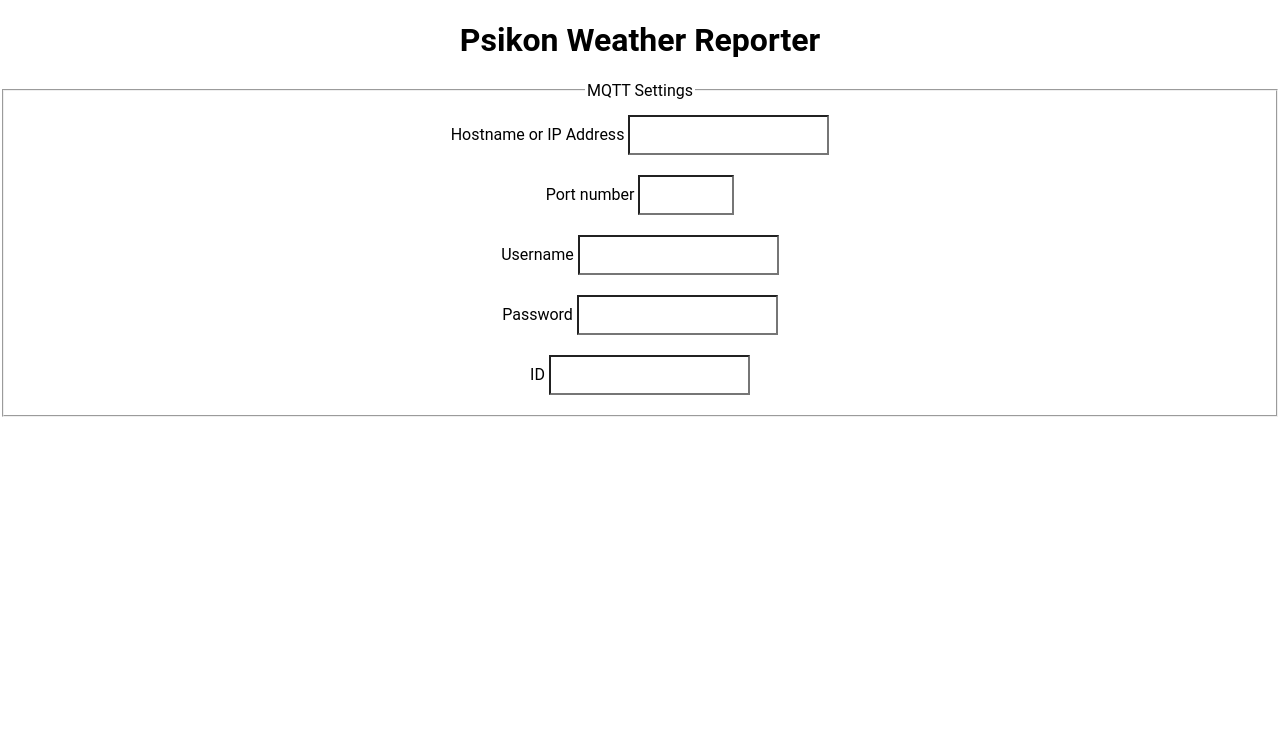
Repository: alex-dow/psikon-weather-station
Page: data/index.html
These files come from the project's save history. The page is drawn as it stood at one moment and after the next save; the edit follows.
The browser window is 1280 px wide. The pictures show the whole page.

Above is the page before, as saved 2021-12-09 22:30:35.

### data/index.html
<!DOCTYPE html>
<html>
<head>
  <meta charset='utf-8'>
  <meta http-equiv='X-UA-Compatible' content='IE=edge'>
  <title>Psikon Weather Reporter</title>
  <meta name='viewport' content='width=device-width, initial-scale=1'>
  <style>
    html,body {
      margin: 0;
      width: 100%;
      height: 100%;
      text-align: center;
      font-family: 'Roboto', sans-serif;
    }

    *, *:before, *:after {
      box-sizing: border-box;
    }

    input
    {
      padding: 10px;
      margin: 10px 0;
      border-radius: 0px;
      height: 40px;
    }
  </style>
</head>
<body>
  <h1>Psikon Weather Reporter</h1>
  <form>
    <fieldset>
      <legend>MQTT Settings</legend>

      <label for="mqtt_host">Hostname or IP Address</label>
      <input id="mqtt_host"/><br/>
      <label for="mqtt_port">Port number</label>
      <input id="mqtt_port" type="number" min="0" max="65536"/><br/>
      <label for="mqtt_username">Username</label>
      <input id="mqtt_username"/><br/>
      <label id="mqtt_password">Password</label>
      <input id="mqtt_password"/><br/>
      <label for="mqtt_id">ID</label>
      <input id="mqtt_id" /><br/>
    </fieldset>
  </form>
</body>
</html>

After the next save:
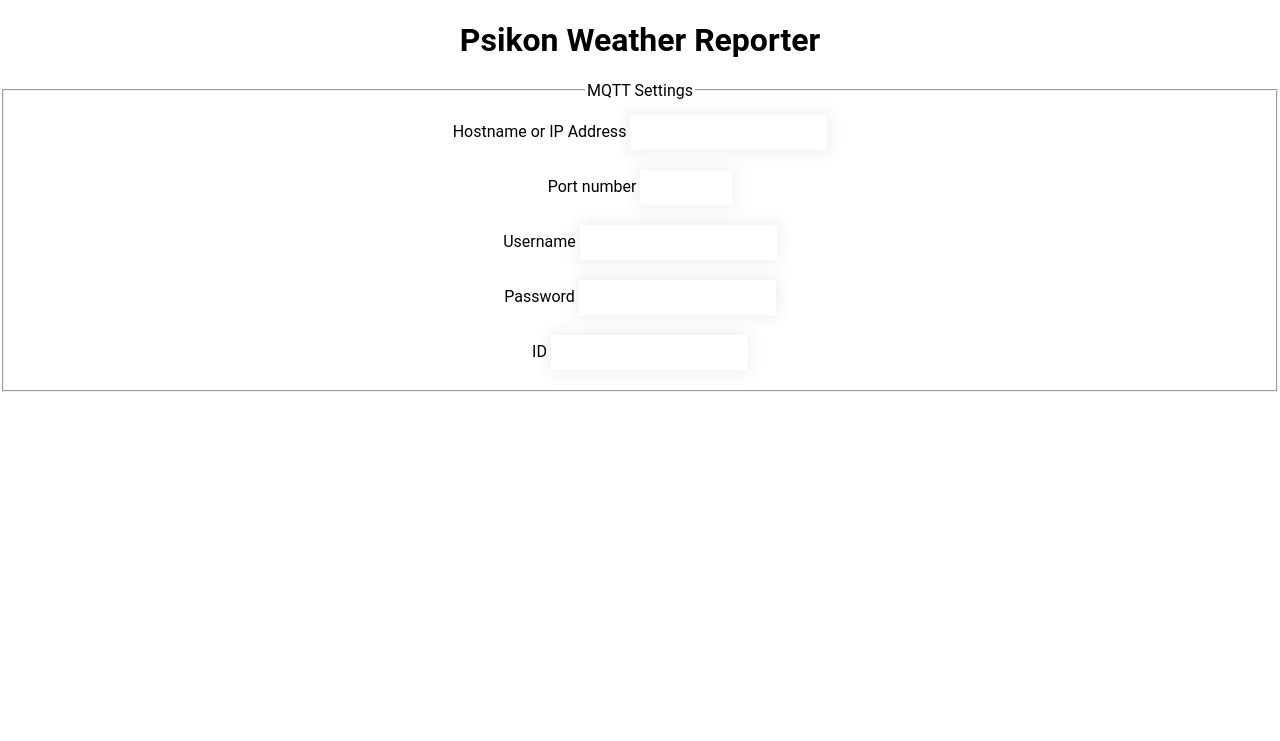
Saved 18 s later.
--- a/data/index.html
+++ b/data/index.html
@@ -22,8 +22,8 @@
     {
       padding: 10px;
       margin: 10px 0;
-      border-radius: 0px;
-      height: 40px;
+      border:0;
+  box-shadow:0 0 15px 4px rgba(0,0,0,0.06);
     }
   </style>
 </head>
